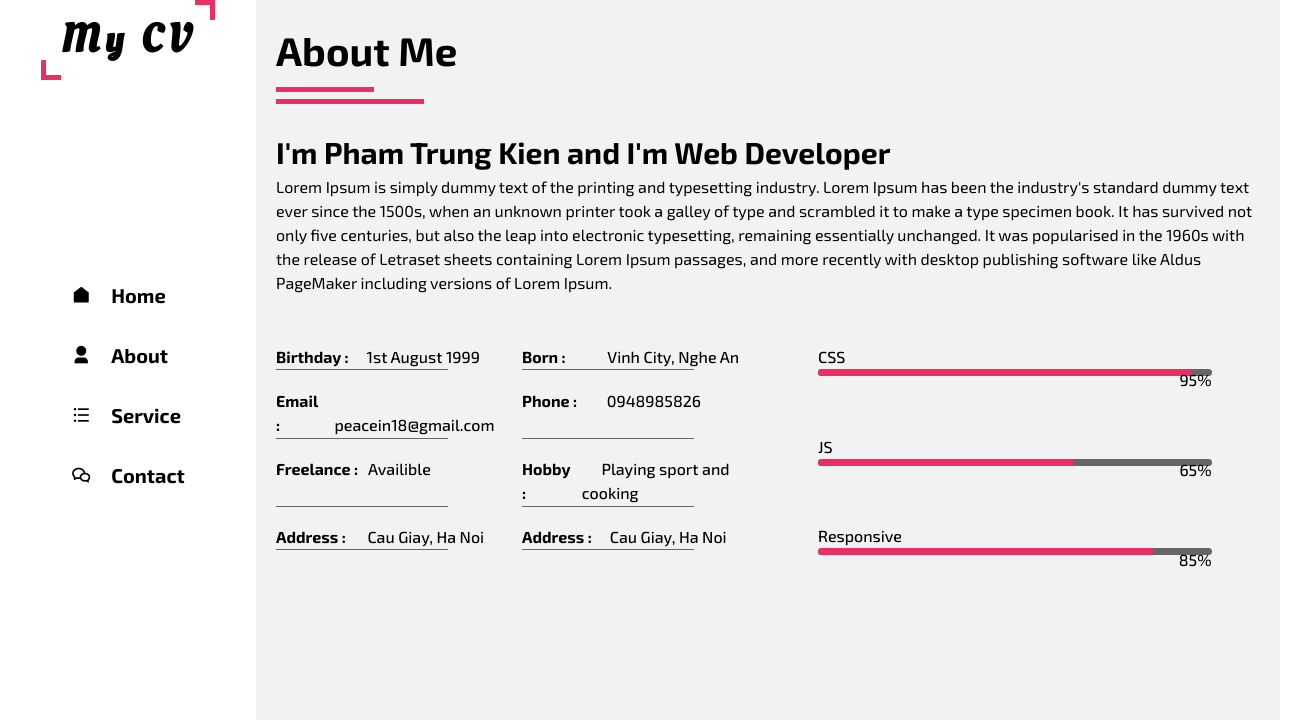
Repository: kien181999/First-Project
Page: index.html
These files come from the project's save history. The page is drawn as it stood at one moment and after the next save; the edit follows.
The browser window is 1280 px wide. The page is 1310 px wide, so the pictures cover 1310 px, including what lies to the right of the window. The pictures show the whole page.
The style sheet was rebuilt from its Sass, Less or Tailwind sources for each picture, by a compiler version that may differ from the author's.

Above is the page before, as saved 2022-06-02 15:41:09.

### index.html
<!DOCTYPE html>
<html lang="en">

<head>
    <meta charset="UTF-8">
    <meta http-equiv="X-UA-Compatible" content="IE=edge">
    <meta name="viewport" content="width=device-width, initial-scale=1.0">
    <link rel="stylesheet" href="./css/style.css">
    <link href="https://cdn.jsdelivr.net/npm/remixicon@2.5.0/fonts/remixicon.css" rel="stylesheet">
    <title>Document</title>
</head>

<body>

    <div class="container">
        <div class="sidebar">
            <div class="sidebar-title">
                <h1 class="heading-1">My CV</h1>
            </div>
            <div class="sidebar-menu">
                <ul class="sidebar-list">
                    <li class="sidebar-item">
                        <a href="" class="sidebar-link">
                            <i class="ri-home-fill sidebar-icon"></i>
                            <h3 class="heading-3">Home</h3>
                        </a>
                    </li>
                    <li class="sidebar-item">
                        <a href="" class="sidebar-link">
                            <i class="ri-user-3-fill sidebar-icon"></i>
                            <h3 class="heading-3">About</h3>
                        </a>
                    </li>
                    <li class="sidebar-item">
                        <a href="" class="sidebar-link">
                            <i class="ri-list-unordered sidebar-icon"></i>
                            <h3 class="heading-3">Service</h3>
                        </a>
                    </li>
                    <li class="sidebar-item">
                        <a href="" class="sidebar-link">
                            <i class="ri-wechat-line sidebar-icon"></i>
                            <h3 class="heading-3">Contact</h3>
                        </a>
                    </li>
                </ul>
            </div>
        </div>
        <div class="content">
            <section class="home section hidden">
                <div class="home-text">
                    <div class="home-name">
                        <h2 class="heading-2">Hello, my name is </h2>

                        <h2 class="heading-2-secondary">Trung Kien</h2>
                    </div>
                    <div class="home-job">
                        <h2 class="heading-2">I'm a Fresher Front-end Developer</h2>
                    </div>
                    <div class="home-describe">
                        <h4 class="heading-4">I'm a Front-End web Designer. My Expertise is to create and website design
                        </h4>
                    </div>
                    <a href="#contact" class="home-btn">More About Me</a>

                </div>
                <div class="home-img">
                    <img src="./image/IMG_4900.jpeg" alt="" class="home-jpg">
                </div>
            </section>
            <section class="about section">
                <div class="about-title">
                    <h2 class="heading-1-secondary">About Me</h2>
                </div>
                <div class="about-describe">
                    <h3 class="heading-2">I'm Pham Trung Kien and I'm Web Developer</h3>
                    <span class="about-span">
                        Lorem Ipsum is simply dummy text of the printing and typesetting industry. Lorem Ipsum has been
                        the industry's standard dummy text ever since the 1500s, when an unknown printer took a galley
                        of type and scrambled it to make a type specimen book. It has survived not only five centuries,
                        but also the leap into electronic typesetting, remaining essentially unchanged. It was
                        popularised in the 1960s with the release of Letraset sheets containing Lorem Ipsum passages,
                        and more recently with desktop publishing software like Aldus PageMaker including versions of
                        Lorem Ipsum.
                    </span>
                </div>
                <div class="about-infor">
                    <div class="about-bio">
                        <ul class="about-list">
                            <li class="about-item">
                                <h4 class="heading-4-secondary">Birthday :</h4>
                                <h4 class="heading-4">&ensp;1st August 1999</h4>
                            </li>
                            <li class="about-item">
                                <h4 class="heading-4-secondary">Born :</h4>
                                <h4 class="heading-4">&emsp;&ensp;&ensp;Vinh City, Nghe An</h4>
                            </li>
                            <li class="about-item">
                                <h4 class="heading-4-secondary">Email :</h4>
                                <h4 class="heading-4">&emsp;&ensp;&nbsp; peacein18@gmail.com</h4>
                            </li>
                            <li class="about-item">
                                <h4 class="heading-4-secondary">Phone :</h4>
                                <h4 class="heading-4">&emsp;&nbsp;0948985826</h4>
                            </li>
                            <li class="about-item">
                                <h4 class="heading-4-secondary">Freelance :</h4>
                                <h4 class="heading-4">Availible</h4>
                            </li>
                            <li class="about-item">
                                <h4 class="heading-4-secondary">Hobby :</h4>
                                <h4 class="heading-4">&emsp;&nbsp;Playing sport and cooking</h4>
                            </li>
                            <li class="about-item">
                                <h4 class="heading-4-secondary">Address :</h4>
                                <h4 class="heading-4">&ensp;&nbsp;Cau Giay, Ha Noi</h4>
                            </li>
                            <li class="about-item">
                                <h4 class="heading-4-secondary">Address :</h4>
                                <h4 class="heading-4">&ensp;Cau Giay, Ha Noi</h4>
                            </li>
                        </ul>
                        <div class="about-ability">
                            <div class="about-ability__item">
                                <h4 class="heading-4">CSS</h4>
                                <div class="about-ability__percent">
                                    <div class="about-ability__progress" style="width: 95%"></div>
                                    <h4 class="heading-4 about-ability__number">95%</h4>
                                </div>
                            </div>
                            <div class="about-ability__item">
                                <h4 class="heading-4">JS</h4>
                                <div class="about-ability__percent">
                                    <div class="about-ability__progress" style="width: 65%"></div>
                                    <h4 class="heading-4 about-ability__number">65%</h4>
                                </div>
                            </div>
                            <div class="about-ability__item">
                                <h4 class="heading-4">Responsive</h4>
                                <div class="about-ability__percent">
                                    <div class="about-ability__progress" style="width: 85%"></div>
                                    <h4 class="heading-4 about-ability__number">85%</h4>
                                </div>
                            </div>
                        </div>
                    </div>
                </div>
            </section>
        </div>
    </div>

    <script src="main.js"></script>
</body>

</html>

### sass/main.scss
@import 'base';
@import 'typography';
@import 'variables';
@import 'sidebar';
@import 'content';
@import 'home';
@import 'about';

### sass/_base.scss
@import url('https://fonts.googleapis.com/css2?family=Oleo+Script&display=swap');
@import url('https://fonts.googleapis.com/css2?family=Exo+2:ital,wght@0,400;0,500;0,700;1,600&family=Oleo+Script&display=swap');


*{
    margin: 0;
    padding: 0;
    outline: none;
    text-decoration: none;
    box-sizing: border-box;
}

::before,::after{
    box-sizing: border-box;
}

html{
    box-sizing: border-box;
    font-size: 62.5%;
}


body
{
    margin: 0;
    padding: 0;
    line-height: 1.5;
}
.container{
    display: flex;
    max-height: 100vh;
}
.hidden{
    display: none !important;
}

### sass/_typography.scss
.heading-1{
    font-family: var(--side-font);
    font-size: 4rem;
    color: var(--black-color);
    letter-spacing: .5rem;
}
.heading-1-secondary{
    font-family: var(--body-font);
    font-size: 4rem;
    color: (--black-color);
    font-weight: 700;
}
.heading-2{
    font-family: var(--body-font);
    font-size: 3rem;
    color: var(--black-color);
    font-weight: 600;
}
.heading-2-secondary{
    font-family: var(--side-font);
    color: var(--pink-color);
    font-size: 3.5rem;
    margin-left: 1rem;
}
.heading-3{
    font-family: var(--body-font);
    font-size: 2rem;
}
.heading-4{
    font-family: var(--body-font);
    font-size: 1.6rem;
    color: var(--black-color);
    font-weight: 500;
}
.heading-4-secondary{
    font-family: var(--body-font);
    font-size: 1.6rem;
    color: var(--black-color);
    font-weight: 700;
}

### sass/_variables.scss
:root{
    --body-font: 'Exo 2', sans-serif;
    --side-font: 'Oleo Script', cursive;
    --black-color: rgb(0, 0 ,0);
    --light-black-color: #333;
    --white-color: #fff;
    --light-grey-color-1: #666;
    --light-grey-color-2: rgb(243, 242, 242);
    --orange-color: rgb(236, 116, 17);
    --pink-color: #eb2f64;
    --green-color: rgb(22, 134, 22);
    --blue-color: rgb(47, 47, 241);
}

### sass/_sidebar.scss
.sidebar{
    flex: 0 0 20%;
    background-color: var(--white-color);
    display: flex;
    flex-direction: column;
    justify-content: space-evenly;
    align-items: center;
    &-title{
        display: block;
        padding: 1rem 2rem;
        position: relative;
        margin-top: -20rem;
        &::before{
            content: '';
            position: absolute;
            width: 2rem;
            height: 2rem;
            border-bottom: 5px solid var(--pink-color) ;
            border-left: 5px solid var(--pink-color) ;
            bottom: 0;
            left: 0;
        }
        &::after{
            content: '';
            position: absolute;
            width: 2rem;
            height: 2rem;
            border-top: 5px solid var(--pink-color) ;
            border-right: 5px solid var(--pink-color) ;
            top: 0;
            right: 0;
        }
    }
    &-list{
        list-style: none;
    }
    &-item{
        display: flex;
        align-items: center;
        margin-bottom: 3rem;
        position: relative;

    }
    &-item::before{
        position: absolute;
        content: "";
        top: 0;
        left: 0;
        height: 100%;
        width: 3px;
        background-color: var(--pink-color);
        transform: scaleY(0);
        transition: transform .2s;
    }
    &-item:hover::before{
        transform: scaleY(1);
    }
    &-link{
        display: flex;
        justify-content: center;
        align-items: center;
        gap: 2rem;
        color: var(--black-color);
        padding: 0 2rem;
        position: relative;
        z-index: 10;
        transition: all .2s;
        &:hover{
            color: var(--pink-color);
        }
    }
    &-icon{
        font-size: 2rem;
        color: currentColor;
    }
}

### sass/_content.scss
.content{
  background-color: var(--light-grey-color-2);
  height: 100vh;
  flex: 1;
}
.section{
    padding: 3rem 4rem;
    min-height: 100vh;
}

### sass/_home.scss
.home{
    display: flex;
    &-img{
        display:grid;
        padding: 1rem;
        flex: 0 0 50%;
        position: relative;
        place-items: center;
        &::before{
            content: '';
            position: absolute;
            width: 5rem;
            height: 5rem;
            border-bottom: 5px solid var(--pink-color) ;
            border-left: 5px solid var(--pink-color) ;
            bottom: 20%;
            left: 15%;
        }
        &::after{
            content: '';
            position: absolute;
            width: 5rem;
            height: 5rem;
            border-top: 5px solid var(--pink-color) ;
            border-right: 5px solid var(--pink-color) ;
            top: 20%;
            right: 15%;
        }
    }
    &-jpg{
        height: 40rem;
        width: 30rem;

    }
    &-text{
        display: flex;
        flex-direction: column;
        justify-content: center;
        margin-right: 5rem;
    }
    &-name{
        display: flex;

        align-items: center;
        margin-bottom: 2rem;
    }
    &-job{
        margin-bottom: 2rem;
    }
    &-describe{
        margin-bottom: 10rem;
    }
    &-btn{
        padding: 1rem 2rem;
        font-size: 2rem;
        font-family: var(--body-font);
        color: var(--white-color);
        background-color: var(--pink-color);
        width: 20rem;
        border-radius: 10px;
        transition: all .2s;
        &:hover{
            transform: translateY(-3px);
            box-shadow: 0 10px 20px rgba(0,0,0,.2);
        }
    }
}

### sass/_about.scss
.about{
    display: flex;
    padding: 2rem;
    flex-direction: column;
    &-title{
        margin-bottom: 5rem;
        position: relative;
        &::before{
            position: absolute;
            content: "";
            left: 0;
            bottom: -20%;
            height: .5rem;
            width: 10%;
            background-color: var(--pink-color);
        }
        &::after{
            position: absolute;
            content: "";
            left: 0;
            bottom: -40%;
            height: .5rem;
            width: 15%;
            background-color: var(--pink-color);
        }
    }
    &-describe{
        flex: 0 0 100%;
        margin-bottom: 5rem;
        max-width: 100%;
    }
    &-span{
        margin-top: 3rem;
        font-size: 1.6rem;
        font-family: var(--body-font);
        font-weight: 400;
    }
    &-bio{
        display: flex;
    }
    &-list{
        flex: 0 0 50%;
        list-style: none;
        display: flex;
        flex-wrap: wrap;
    }
    &-item{
        flex: 0 0 50%;
        display: flex;
        margin-bottom: 2rem;
        position: relative;
        gap: 1rem;
        &::after{
            content: "";
            position: absolute;
            left: 0;
            bottom: -5%;
            height: 1px;
            width: 70%;
            background-color: var(--light-grey-color-1);
        }
    }
    &-ability{
        display: flex;
        flex: 0 0 50%;
        flex-direction: column;
        margin-left: 5rem;
        &__item{
            flex: 0 0 40%;
            max-width: 80%;
        }
        &__percent{
            background-color: var(--light-grey-color-1);
            height: 7px;
            border-radius: 4px;
            width: 100%;
            position: relative;
        }
        &__progress{
            margin-bottom: 1rem;
            position: absolute;
            left: 0;
            top: 0;
            height: 100%;
            background-color: var(--pink-color);
            border-radius: 4px;
        }
        &__percent{
            margin-bottom: 1rem;
        }
        &__number{
            position: absolute;
            right: 0;
            top: -10%;
        }
        }
}

Loaded but not shown: main.js (no copy from this time; the picture is the same without it)

After the next save:
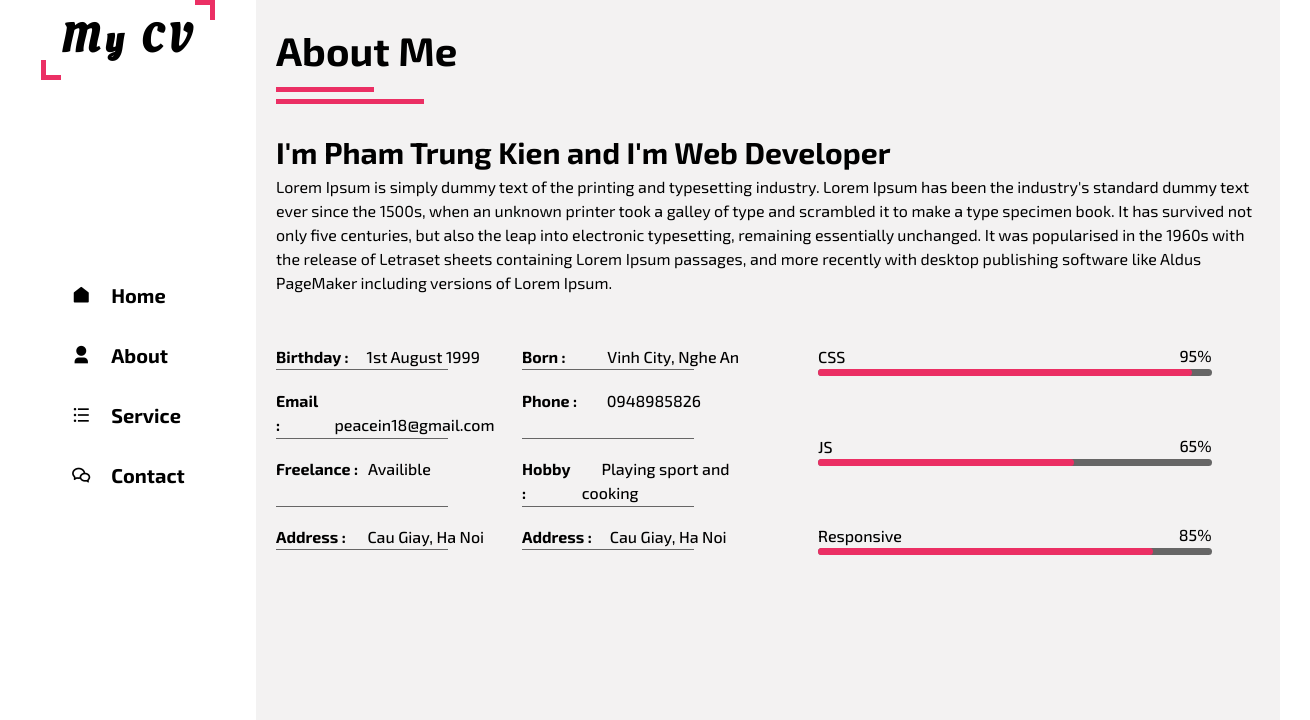
Saved 80 s later.
--- a/sass/_about.scss
+++ b/sass/_about.scss
@@ -91,7 +91,7 @@
         &__number{
             position: absolute;
             right: 0;
-            top: -10%;
+            top: -25px;
         }
         }
 }
